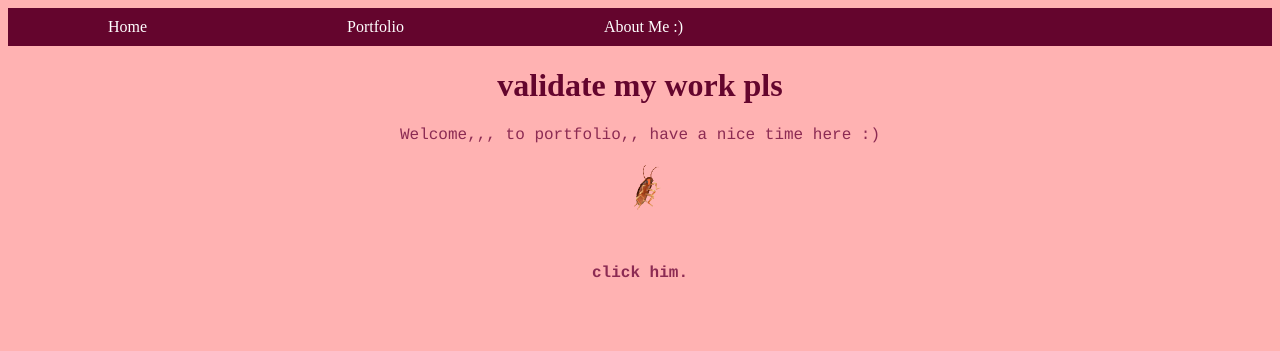
Repository: ycano1934/ycano1934.github.io
Page: my_website/portfolio.html
The author's editor kept a record of every edit. The page is drawn from the files as they stood at one moment, then again after the next edit.
The browser window is 1280 px wide. The pictures show the whole page.

Above is the page before.

### my_website/portfolio.html
<!doctype html>
	<html lang="en">


	  <head>
	    <meta charset="utf-8">
	    <meta name="viewport" content="width=device-width, initial-scale=1.0">
	    <title>Portfolio</title>
	  </head>


  <style>
#header {
  font-family:comic sans ms;
  color:rgb(100, 5, 45);
}

#paragraphlook {
    font-family:courier;
    color:rgb(140, 43, 83);
}




 body {background-color:rgb(255, 178, 178); }

ul {
  list-style-type: none;
  margin: 0;
  padding: 0;
  overflow: hidden;
  background-color: rgb(100, 5, 45);
}

li {
  float: left;
}

li a {
  display: inline-block;
  color: white; /* text color */
  font-family:comic sans ms;
  text-align: center;
  padding: 10px 100px;
  text-decoration: none;
  background-color: rgb(100, 5, 45);
}

li a:hover {
  background-color: rgb(155, 51, 93);
}

img {
  display: block;
  margin-left: auto;
  margin-right: auto;
}

  </style>

	 <body>

        <ul>
    <li><a href="index.html">Home</a></li>
    <li><a href="portfolio.html">Portfolio</a></li>
    <li><a href="about.html">About Me :)</a></li>
        </ul>

        <h1 id="header" style=text-align:center;>validate my work pls</h1>
        <p id="paragraphlook" style="text-align:center;">Welcome,,, to portfolio,, have a nice time here :)</p>

        <a href="https://scratch.mit.edu/projects/324069808/" target=_blank>
            <img src="images/roach.gif" height="70" width="70" ><br>
        </a>
        <p id="paragraphlook" style="text-align:center;"><strong>click him.</strong></p>
	 </body>


	</html>

After the next edit:
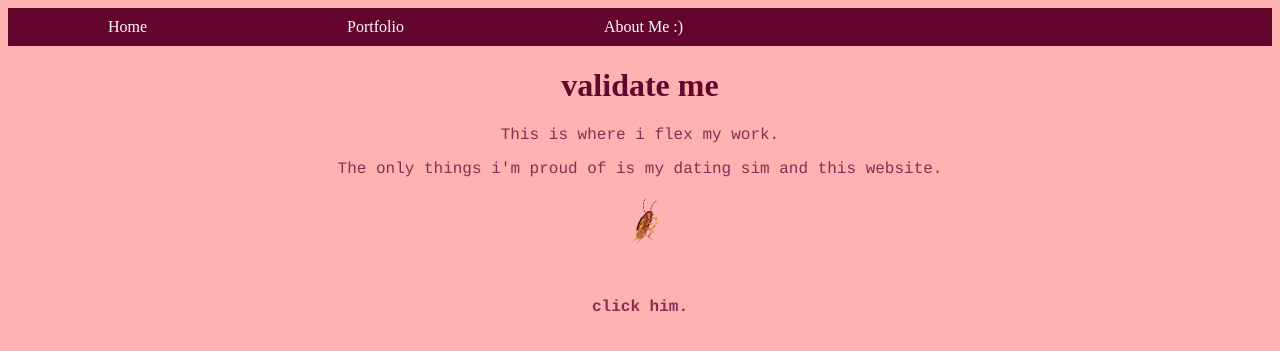
The edit:
--- a/my_website/portfolio.html
+++ b/my_website/portfolio.html
@@ -67,8 +67,9 @@
     <li><a href="about.html">About Me :)</a></li>
         </ul>
 
-        <h1 id="header" style=text-align:center;>validate my work pls</h1>
-        <p id="paragraphlook" style="text-align:center;">Welcome,,, to portfolio,, have a nice time here :)</p>
+        <h1 id="header" style=text-align:center;>validate me</h1>
+        <p id="paragraphlook" style="text-align:center;">This is where i flex my work.</p>
+        <p id="paragraphlook" style="text-align:center;">The only things i'm proud of is my dating sim and this website.</p>
 
         <a href="https://scratch.mit.edu/projects/324069808/" target=_blank>
             <img src="images/roach.gif" height="70" width="70" ><br>
